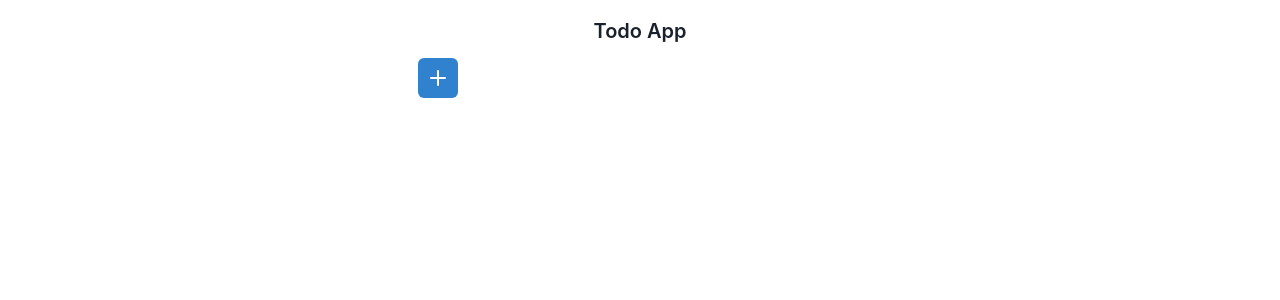
Repository: jammy729/todo-react
Page: /
The author's editor kept a copy of each file at every save. The page is drawn from the files as they stood at one save, then again after the next save.
The browser window is 1280 px wide. The pictures show the whole page.
The page's requests for data from a server got no answer. The project was rebuilt for these pictures with package versions that can differ from the ones it lists, and the page was loaded fresh each time. No one was signed in, and anything a server would have sent is missing. Also part of the build but not shown: vite.config.js.

Above is the page before, as saved 2022-07-19 13:09:45.

### index.html
<!DOCTYPE html>
<html lang="en">
  <head>
    <meta charset="UTF-8" />
    <link rel="icon" type="image/svg+xml" href="/vite.svg" />
    <meta name="viewport" content="width=device-width, initial-scale=1.0" />
    <title>ToDo App</title>
  </head>
  <body>
    <div id="root"></div>
    <script type="module" src="/src/main.jsx"></script>
  </body>
</html>

### src/main.jsx
import React from 'react'
import ReactDOM from 'react-dom/client'
import App from './App'
import { ChakraProvider } from '@chakra-ui/react'

ReactDOM.createRoot(document.getElementById('root')).render(
  <React.StrictMode>
    <ChakraProvider>
      <App />
    </ChakraProvider>
  </React.StrictMode>
)

### src/App.jsx
import React, { useState, useEffect } from 'react'
import {
  Container,
  Input,
  Button,
  Text,
  Flex,
  Divider,
  Spacer,
  Box,
  ButtonGroup,
  IconButton
} from '@chakra-ui/react'
import { db } from './firebase'
import { set, ref, onValue, remove, update } from 'firebase/database'
import { uid } from 'uid'
import { AddIcon, RepeatIcon, CloseIcon } from '@chakra-ui/icons'

const App = () => {
  const [todo, setTodo] = useState('')
  const [todos, setTodos] = useState([])
  const [edit, setEdit] = useState(false)
  const [tempUuid, setTempUuid] = useState('')

  const handleChange = e => {
    setTodo(e.target.value)
  }

  // create
  const writeToDatabase = () => {
    const uuid = uid()
    set(ref(db, `/${uuid}`), {
      todo,
      uuid
    })

    setTodo('')
  }
  // read
  useEffect(() => {
    onValue(ref(db), snapshot => {
      setTodos([])
      const data = snapshot.val()
      if (data !== null) {
        Object.values(data).map(todo => {
          setTodos(oldArray => [...oldArray, todo])
        })
      }
    })
  }, [])

  // update
  const handleUpdate = () => {
    setEdit(true)
    setTempUuid(todo.uuid)
    setTodo(todo.todo)
  }

  const handleSubmitChange = () => {
    update(ref(db, `/${tempUuid}`), {
      todo,
      uuid: tempUuid
    })
    setTodo('')
    setEdit(false)
  }

  // delete
  const handleDelete = todo => {
    remove(ref(db, `/${todo.uuid}`))
    console.log('item deleted')
  }

  return (
    <Container maxW='500px' pt={4}>
      <Box align='center'>
        <Text fontWeight='semibold' fontSize='xl'>
          Todo App
        </Text>
      </Box>
      <Flex m={3}>
        {edit ? (
          <>
            <IconButton
              mx={2}
              icon={<RepeatIcon />}
              onClick={handleSubmitChange}
              colorScheme='blue'
            />
            <IconButton
              icon={<CloseIcon />}
              colorScheme='red'
              variant='outline'
              onClick={() => {
                setEdit(false)
                setTodos('')
              }}
            />
          </>
        ) : (
          <IconButton
            icon={<AddIcon />}
            onClick={writeToDatabase}
            colorScheme='blue'
          />
        )}
      </Flex>

      {todos.map(todo => (
        <>
          <Flex mb={3} m={3}>
            <Box>
              <h1 alignItems='center'>{todo.todo}</h1>
              {console.log(todo.todo)}
            </Box>
            <Spacer />
            <Box>
              <ButtonGroup>
                <Button
                  onClick={() => handleUpdate(todo)}
                  colorScheme='whatsapp'
                >
                  update
                </Button>
                <Button
                  onClick={() => handleDelete(todo)}
                  variant='outline'
                  colorScheme='red'
                >
                  delete
                </Button>
              </ButtonGroup>
            </Box>
          </Flex>
          <Divider />
        </>
      ))}
    </Container>
  )
}
export default App

### src/firebase.js
import { initializeApp } from 'firebase/app'
import { getDatabase } from 'firebase/database'
// web app configuration
const firebaseConfig = {
  apiKey: 'AIzaSyDkspjkDDXObs-4l_taNELJKtRdVwEASMk',
  authDomain: 'todo-app-73942.firebaseapp.com',
  projectId: 'todo-app-73942',
  storageBucket: 'todo-app-73942.appspot.com',
  messagingSenderId: '1010423735161',
  appId: '1:1010423735161:web:097586fa48bf62dfda85a8'
}

// Initialize Firebase
const app = initializeApp(firebaseConfig)
export const db = getDatabase(app)

After the next save:
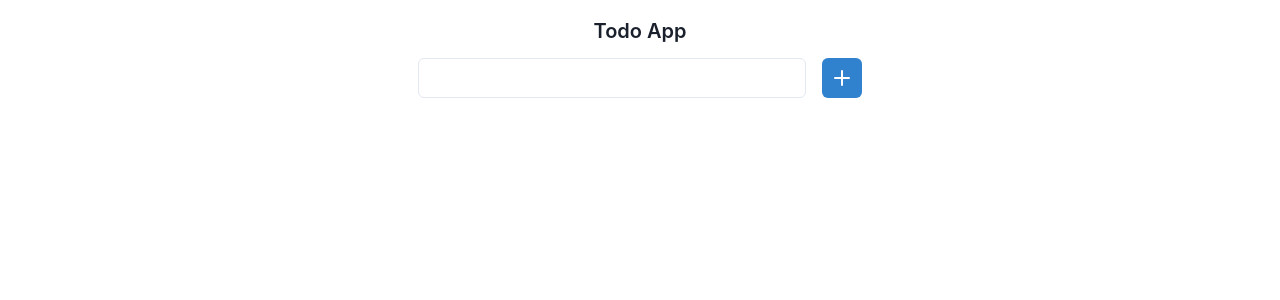
Saved 13 s later.
--- a/src/App.jsx
+++ b/src/App.jsx
@@ -79,6 +79,8 @@ const App = () => {
         </Text>
       </Box>
       <Flex m={3}>
+        <Input value={todo} onChange={handleChange} mr={4} />
+        {console.log(todo.length)}
         {edit ? (
           <>
             <IconButton
